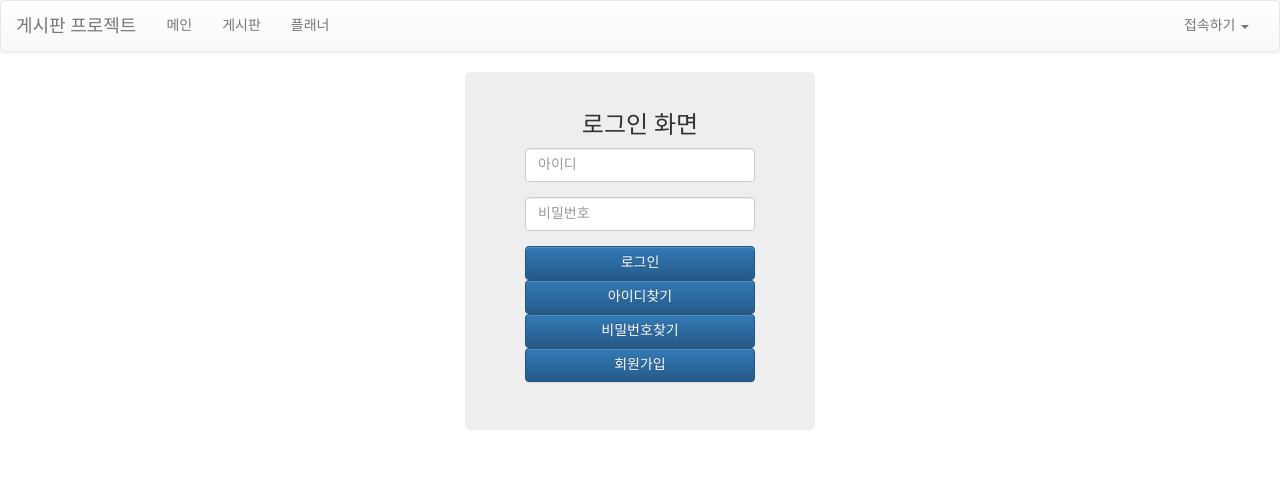
Repository: Seok7975/JSP-Education
Page: http://localhost/ToDoList공유_게시판_ver3/login.jsp
The author's editor kept a copy of each file at every save. The page is drawn from the files as they stood at one save, then again after the next save.
The browser window is 1280 px wide. The pictures show the whole page.
Some web fonts or font styles are not loaded; a fallback is used. Some web libraries are served in a nearby version. The page is served by Tomcat 9. Other server files are loaded and not shown.

Above is the page before, as saved 2024-06-18 06:07:09.

### List_Projects_ver3/ToDoList공유 게시판_ver3/src/main/webapp/login.jsp
<%-- <!-- 로그인 페이지 -->

<%@ page language="java" contentType="text/html; charset=UTF-8"
    pageEncoding="UTF-8"%>
<!DOCTYPE html>
<html>
<head>
<meta http-equiv="Content-Type" content="text/html; charset=UTF-8">
<meta name="viewport" content="width=device-width, initial-scale=1"> <!-- 컴퓨터 핸드폰 등 기기에 맞게 변경되게 -->
<link rel="stylesheet" href="css/styles.css">
<title>JSP 게시판 웹 사이트</title>
</head>
<body>
	<nav class="navbar">
		<a class="navbar-brand" href="main.jsp">게시판 프로젝트</a>
		<ul class="navbar-nav">
			<li><a href="main.jsp">메인</a></li>
			<li><a href="bbs.jsp">게시판</a></li>
			<li class="dropdown">
				<a href="#" class="dropdown-toggle">접속하기</a>
        		<ul class="dropdown-menu">
          			<li class="active"><a href="login.jsp">로그인</a></li> <!-- active : 현재 선택되어있음 -->
          			<li><a href="join.jsp">회원가입</a></li>
       			</ul>
      		</li>
    	</ul>
	</nav>
	<div class="container">
		<div class="jumbotron">
			<form method="post" action="loginAction.jsp">
        	<h3>로그인 화면</h3>
	        	<div class="form-group">
				<input type="text" class="form-control" placeholder="아이디" name="userID" maxlength="20">
	        	</div>
	        	<div class="form-group">
	 				<input type="password" class="form-control" placeholder="비밀번호" name="userPassword" maxlength="20">
	       		</div>
	        	<input type="submit" class="btn btn-primary" value="로그인">
      		</form>
    	</div>
	</div>
</body>
</html> --%>

<%-- <%@ page language="java" contentType="text/html; charset=UTF-8"
    pageEncoding="UTF-8"%>
<!DOCTYPE html>
<html>
<head>
<meta charset="UTF-8">
<meta name="viewport" content="width=device-width", initial-scale="1">
	<!-- viewport=화면상의 표시영역, content=모바일 장치들에 맞게 크기조정, initial=초기화면 배율 설정 -->

<link rel="stylesheet" href="css/bootstrap.css">
	<!-- 스타일시트로 css폴더의 bootstrap.css파일 사용 -->

<title>게시판!!</title>
</head>
<body style= "background-color : lightblue;">


	<nav class="navbar navbar-inverse"> <!-- navbar-색상(inverse = 검은색, default = 색x) -->
		<div class="navbar-header">
			<button type="button" class="navbar-toggle collapsed"
			data-toggle="collapse" data-target="#bs-example-navbar-collapse-1"
			aria-expanded="false">
				<!-- class="navbar-toggle collapsed"=>네비게이션의 화면 출력유무
				data-toggle="collapse" : 모바일 상태에서 클릭하면서 메뉴가 나오게 설정 -->

				<span class="icon-bar"></span>
				<span class="icon-bar"></span>
				<span class="icon-bar"></span>
					<!-- 아이콘 이미지 -->

			</button>

			<a class="navbar-brand" href="main.jsp">JSP 게시판</a>
				<!-- Bootstrap navbar 기본 메뉴바 -->
		</div>

		<div class="collapse navbar-collapse" id="bs-example-navbar-collapse-1">
			<ul class="nav navbar-nav"> <!-- navbar-nav => 네비게이션 바의 메뉴 -->
				<li><a href="main.jsp">메뉴</a></li>
				<li><a href="bbs.jsp">게시판</a></li>
				<!-- 메뉴, 게시판의 main.jsp와 bbs.jsp의 파일로 각각 이동 -->
			</ul>
			<ul class="nav navbar-nav navbar-right">
				<li class="dropdown">
					<a href="#" class="dropdown-toggle"
						data-toggle="dropdown" role="button" aria-haspopup="true"
						aria-expanded="false">접속하기<span class="caret"></span></a>
						<!-- 임시의 주소링<%=  %>크 "#"을 기재한다. -->
						<!-- caret = creates a caret arrow icon (▼) -->
						w
						<ul class="dropdown-menu">
							<!-- dropdown-menu : 버튼을 눌렀을때, 생성되는 메뉴(접속하기를 눌렀을때 로그인, 회원가입 메뉴 -->

							<li class="active"><a href="login.jsp">로그인</a></li>
							<!-- active = 활성화 되었을때 로그인, 회원가입-->

							<li><a href="join.jsp">회원가입</a></li>

						</ul>
					</li>
			</ul>
		</div>
	</nav>
	<div class="container">
		<!-- 전체 레이아웃 감싸주기 -->

		<div class="col-lg-4"></div>
		<div class="col-lg-4">
			<div class="jumbotron" style="padding-top: 20px;">
				<!-- jumbotron indicates a big box(큰 상자) -->

				<form method="post" action="loginAction.jsp">
				<img alt="그림 없음" src="Circle.png">
					<h2 style="text-align : center;">로그인 화면</h2>
					<div class="form-group">
						<input type="text" class="form-control" placeholder="아이디" name="userID"
							maxlength="20">
					</div>
					<div class="form-group">
						<input type="password" class="form-control" placeholder="비밀번호" name="userPassword"
							maxlength="20">
					</div>
					<input type="submit" class="btn btn-primary form-control" value="로그인">
					<img src="JJWORLD.png">
				</form>
		</div>
	</div>
	<script src="https://code.jquery.com/jquery-3.1.1.min.js"></script>
	<script src="js/bootstrap.js"></script>

</body>
</html> --%>


<%-- <%@ page language="java" contentType="text/html; charset=UTF-8"
    pageEncoding="UTF-8"%>
<!DOCTYPE html>
<html>
<head>
<meta http-equiv="Content-Type" content="text/html; charset=UTF-8">
<meta name="viewport" content="width=device-width, initial-scale=1"> <!-- 컴퓨터 핸드폰 등 기기에 맞게 변경되게 -->
<!-- <link rel="stylesheet" href="css/bootstrap.css"> -->
<!-- Latest compiled and minified CSS -->
<link rel="stylesheet" href="https://cdn.jsdelivr.net/npm/bootstrap@3.3.7/dist/css/bootstrap.min.css" integrity="sha384-BVYiiSIFeK1dGmJRAkycuHAHRg32OmUcww7on3RYdg4Va+PmSTsz/K68vbdEjh4u" crossorigin="anonymous">

<!-- Optional theme -->
<link rel="stylesheet" href="https://cdn.jsdelivr.net/npm/bootstrap@3.3.7/dist/css/bootstrap-theme.min.css" integrity="sha384-rHyoN1iRsVXV4nD0JutlnGaslCJuC7uwjduW9SVrLvRYooPp2bWYgmgJQIXwl/Sp" crossorigin="anonymous">

<!-- jQuery (necessary for Bootstrap's JavaScript plugins) -->
<script src="https://code.jquery.com/jquery-3.1.1.min.js" integrity="sha384-5sAR7xN1Nv6B4z2p6bJp6t4q2Z5y5Q4h1r5k5R5k5R5k5R5k5R5k5R5k5R5k5R5k5R5k5R5k5R5k5R5k5R5k5R5k5R5k5R5k5R5k5R5k5R5k5" crossorigin="anonymous"></script>

<!-- Latest compiled and minified JavaScript -->
<script src="https://cdn.jsdelivr.net/npm/bootstrap@3.3.7/dist/js/bootstrap.min.js" integrity="sha384-Tc5IQib027qvyjSMfHjOMaLkfuWVxZxUPnCJA7l2mCWNIpG9mGCD8wGNIcPD7Txa" crossorigin="anonymous"></script>

<title>JSP 게시판 웹 사이트</title>
</head>
<body>
	<nav class="navbar navbar-default">
		<div class="navbar-header">
			<button type="button" class="navbar-toggle collapsed"
				data-toggle="collapse" data-target="#bs-example-navbar-collapse-1"
				aria-expanded="false">
				<span class="icon-bar"></span>
				<span class="icon-bar"></span>
				<span class="icon-bar"></span>
			</button>
			<a class="navbar-brand" href="main.jsp">게시판 프로젝트</a>
		</div>
		<div class="collapse navbar-collapse" id="bs-example-navbar-collapse-1">
			<ul class="nav navbar-nav">
				<li><a href="main.jsp">메인</a></li>
				<li><a href="bbs.jsp">게시판</a></li>
			</ul>
			<ul class="nav navbar-nav navbar-right">
				<li class="dropdown">
					<a href="#" class="dropdown-toggle"
						data-toggle="dropdown" role="button" aria-haspopup="true"
						aria-expanded="false">접속하기<span class="caret"></span></a>
					<ul class="dropdown-menu">
						<li class="active"><a href="login.jsp">로그인</a></li> <!-- active : 현재 선택되어있음 -->
						<li><a href="join.jsp">회원가입</a></li>
					</ul>
				</li>
			</ul>
		</div>
	</nav>
	<div class="container">
		<div class="col-lg-4"></div>
		<div class="col-lg-4">
			<div class="jumbotron" style="padding-top: 20px;">
				<form method="post" action="loginAction.jsp">
					<h3 style="text-align: center;">로그인 화면</h3>
					<div class="form-group">
						<input type="text" class="form-control" placeholder="아이디" name="userID" maxlength="20">
					</div>
					<div class="form-group">
						<input type="password" class="form-control" placeholder="비밀번호" name="userPassword" maxlength="20">
					</div>
					<input type="submit" class="btn btn-primary form-control" value="로그인">
				</form>
			</div>
		</div>
		<div class="col-lg-4"></div>
	</div>
<!-- 	<script src="https://code.jquery.com/jquery-3.1.1.min.js"></script>
	<script src="js/bootstrap.js"></script> -->
</body>
</html>


 --%>

<%@ page language="java" contentType="text/html; charset=UTF-8"
    pageEncoding="UTF-8"%>
<!DOCTYPE html>
<html>
<head>
<meta http-equiv="Content-Type" content="text/html; charset=UTF-8">
<meta name="viewport" content="width=device-width, initial-scale=1">
<!-- Latest compiled and minified CSS -->
<link rel="stylesheet" href="https://cdn.jsdelivr.net/npm/bootstrap@3.3.7/dist/css/bootstrap.min.css" integrity="sha384-BVYiiSIFeK1dGmJRAkycuHAHRg32OmUcww7on3RYdg4Va+PmSTsz/K68vbdEjh4u" crossorigin="anonymous">
<!-- Optional theme -->
<link rel="stylesheet" href="https://cdn.jsdelivr.net/npm/bootstrap@3.3.7/dist/css/bootstrap-theme.min.css" integrity="sha384-rHyoN1iRsVXV4nD0JutlnGaslCJuC7uwjduW9SVrLvRYooPp2bWYgmgJQIXwl/Sp" crossorigin="anonymous">
<!-- jQuery (necessary for Bootstrap's JavaScript plugins) -->
<script src="https://code.jquery.com/jquery-3.1.1.min.js"></script>
<!-- Latest compiled and minified JavaScript -->
<script src="https://cdn.jsdelivr.net/npm/bootstrap@3.3.7/dist/js/bootstrap.min.js" integrity="sha384-Tc5IQib027qvyjSMfHjOMaLkfuWVxZxUPnCJA7l2mCWNIpG9mGCD8wGNIcPD7Txa" crossorigin="anonymous"></script>
<link rel="stylesheet" href="css/jumbotronCustom.css">
<title>JSP 게시판 웹 사이트</title>
</head>
<body>
	<nav class="navbar navbar-default">
		<div class="container-fluid">
			<div class="navbar-header">
				<button type="button" class="navbar-toggle collapsed" data-toggle="collapse" data-target="#bs-example-navbar-collapse-1" aria-expanded="false">
					<span class="sr-only">Toggle navigation</span>
					<span class="icon-bar"></span>
					<span class="icon-bar"></span>
					<span class="icon-bar"></span>
				</button>
				<a class="navbar-brand" href="main.jsp">게시판 프로젝트</a>
			</div>
			<div class="collapse navbar-collapse" id="bs-example-navbar-collapse-1">
				<ul class="nav navbar-nav">
					<li><a href="main.jsp">메인</a></li>
					<li><a href="bbs.jsp">게시판</a></li>
					<li><a href="planner/planner.jsp">플래너</a></li>
				</ul>
				<ul class="nav navbar-nav navbar-right">
					<li class="dropdown">
						<a href="#" class="dropdown-toggle" data-toggle="dropdown" role="button" aria-haspopup="true" aria-expanded="false">접속하기 <span class="caret"></span></a>
						<ul class="dropdown-menu">
							<li class="active"><a href="login.jsp">로그인</a></li>
							<li><a href="join.jsp">회원가입</a></li>
						</ul>
					</li>
				</ul>
			</div>
		</div>
	</nav>
	<div class="container">
		<div class="col-lg-4"></div>
		<div class="col-lg-4">
			<div class="jumbotron" style="padding-top: 20px;">
				<form method="post" action="loginAction.jsp">
					<h3 style="text-align: center;">로그인 화면</h3>
					<div class="form-group">
						<input type="text" class="form-control" placeholder="아이디" name="userID" maxlength="20">
					</div>
					<div class="form-group">
						<input type="password" class="form-control" placeholder="비밀번호" name="userPassword" maxlength="20">
					</div>
					<div>
						<input type="submit" class="btn btn-primary form-control" value="로그인">
					</div>
					<div>
						<input type="submit" class="btn btn-primary form-control" value="아이디찾기">
						<input type="submit" class="btn btn-primary form-control" value="비밀번호찾기">
						<input type="submit" class="btn btn-primary form-control" value="회원가입">
					</div>

				</form>
			</div>
		</div>
		<div class="col-lg-4"></div>
	</div>
</body>
</html>

### List_Projects_ver3/ToDoList공유 게시판_ver3/src/main/webapp/css/jumbotronCustom.css

@import url(http://fonts.googleapis.com/earlyaccess/nanumgothic.css);
@import url(http://fonts.googleapis.com/earlyaccess/hanna.css);
* {
	font-family : 'Nanum Gothic';
}

h1 {
	font-family : 'Hanna';
}

After the next save:
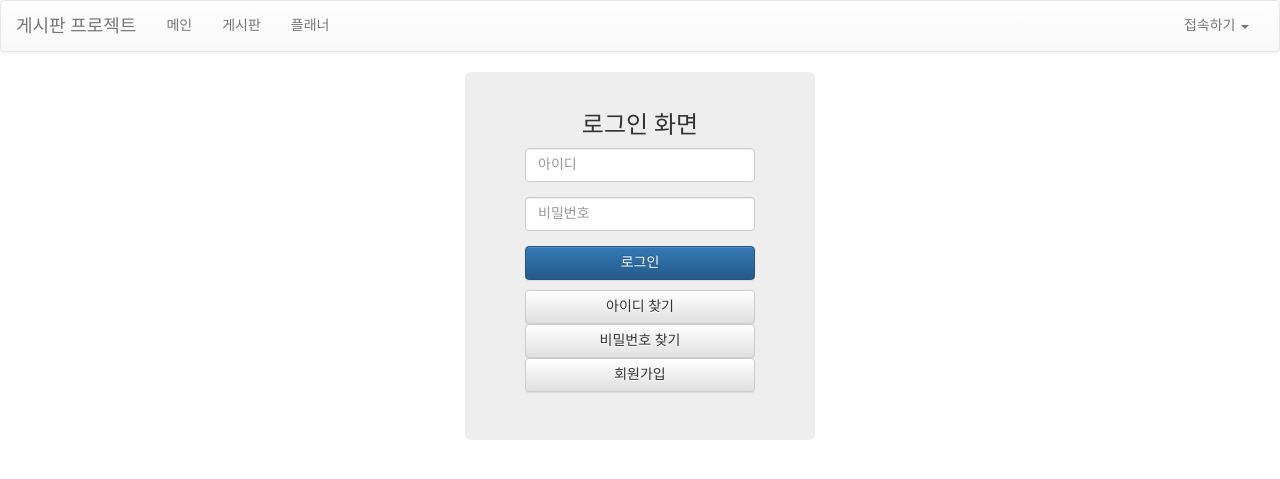
Saved 4 min 10 s later.
--- a/List_Projects_ver3/ToDoList공유 게시판_ver3/src/main/webapp/login.jsp
+++ b/List_Projects_ver3/ToDoList공유 게시판_ver3/src/main/webapp/login.jsp
@@ -256,6 +256,8 @@
 						<ul class="dropdown-menu">
 							<li class="active"><a href="login.jsp">로그인</a></li>
 							<li><a href="join.jsp">회원가입</a></li>
+							<li><a href="findID.jsp">아이디 찾기</a></li>
+							<li><a href="findPassword.jsp">비밀번호 찾기</a></li>
 						</ul>
 					</li>
 				</ul>
@@ -277,13 +279,12 @@
 					<div>
 						<input type="submit" class="btn btn-primary form-control" value="로그인">
 					</div>
-					<div>
-						<input type="submit" class="btn btn-primary form-control" value="아이디찾기">
-						<input type="submit" class="btn btn-primary form-control" value="비밀번호찾기">
-						<input type="submit" class="btn btn-primary form-control" value="회원가입">
-					</div>
-
 				</form>
+				<div style="margin-top: 10px;">
+					<a href="findID.jsp" class="btn btn-default form-control">아이디 찾기</a>
+					<a href="findPassword.jsp" class="btn btn-default form-control">비밀번호 찾기</a>
+					<a href="join.jsp" class="btn btn-default form-control">회원가입</a>
+				</div>
 			</div>
 		</div>
 		<div class="col-lg-4"></div>
